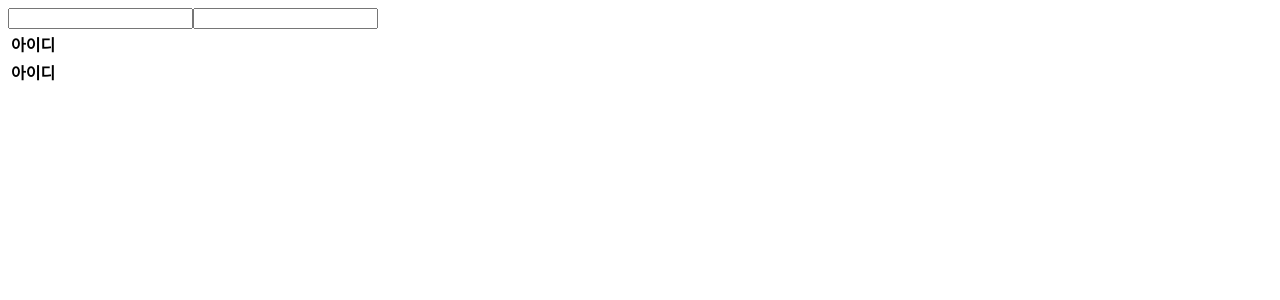
Repository: ssookkdduugg/jsp
Page: http://localhost/Hello/login.jsp
The author's editor kept a copy of each file at every save. The page is drawn from the files as they stood at one save, then again after the next save.
The browser window is 1280 px wide. The pictures show the whole page.
The page is served by Tomcat 9. Other server files are loaded and not shown.

Above is the page before, as saved 2023-09-19 03:32:20.

### Hello/src/main/webapp/login.jsp
<%@ page language="java" contentType="text/html; charset=UTF-8"
    pageEncoding="UTF-8"%>
<!DOCTYPE html>
<html>
<head>
<meta charset="UTF-8">
<title>Insert title here</title>
</head>
<body>
<table>
	<tr><th>아이디</th></td><input type="text" name="id"></td></tr>
	<tr><th>아이디</th></td><input type="text" name="id"></td></tr>
</table>
</body>
</html>

After the next save:
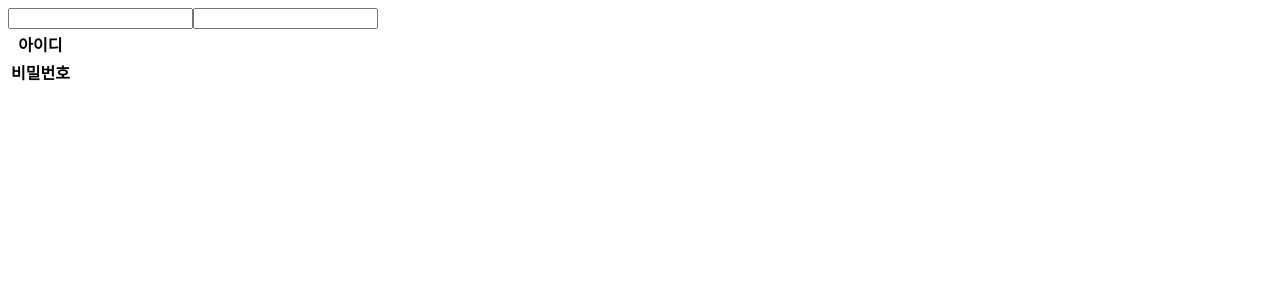
Saved 17 s later.
--- a/Hello/src/main/webapp/login.jsp
+++ b/Hello/src/main/webapp/login.jsp
@@ -9,7 +9,7 @@
 <body>
 <table>
 	<tr><th>아이디</th></td><input type="text" name="id"></td></tr>
-	<tr><th>아이디</th></td><input type="text" name="id"></td></tr>
+	<tr><th>비밀번호</th></td><input type="password" name="password"></td></tr>
 </table>
 </body>
 </html>
